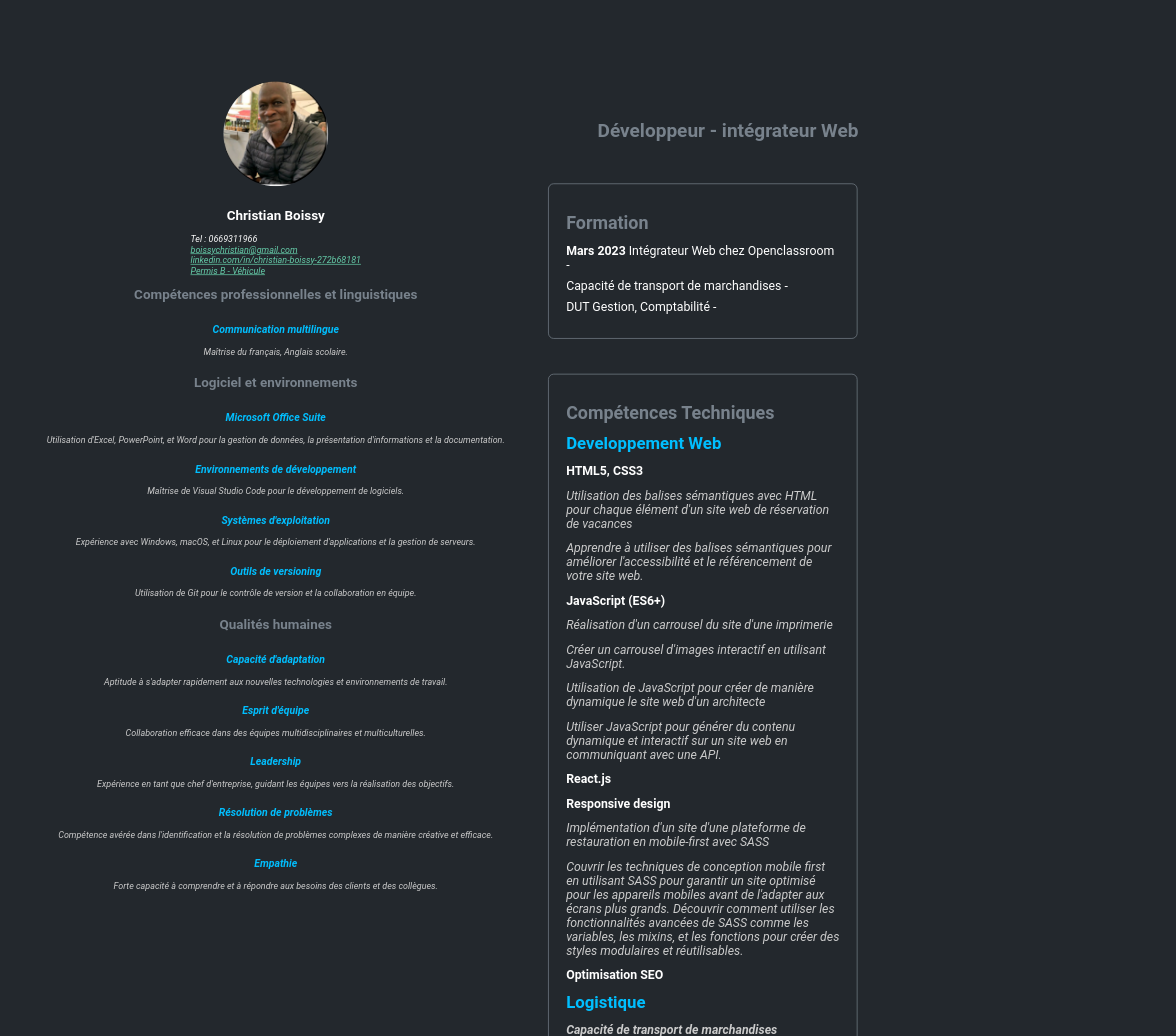
Repository: Christian121966/cv-logistique
Page: /
The author's editor kept a copy of each file at every save. The page is drawn from the files as they stood at one save, then again after a run of saves.
The browser window is 1280 px wide. The page is 1680 px wide, so the pictures cover 1680 px, including what lies to the right of the window. The pictures show the part of the page from y = 0 to 1480 px (the page is 2682 px tall before and 2704 px after), at 70% of full size.
The project was rebuilt for these pictures with package versions that can differ from the ones it lists, and the page was loaded fresh each time.

Above is the page before, as saved 2024-07-29 00:25:12.

### public/index.html
<!DOCTYPE html>
<html lang="en">
  <head>
    <meta charset="utf-8" />
    <link rel="icon" href="%PUBLIC_URL%/favicon.ico" />
    <meta name="viewport" content="width=device-width, initial-scale=1" />
    <meta name="theme-color" content="#000000" />
    <meta name="description" content="Curriculum Vitae de Christian Boissy, développeur web front-end" />
    <meta name="keywords" content="Christian Boissy, CV, développeur front-end, React, Node.js, JavaScript" />
    <meta name="author" content="Christian Boissy" />

    <!-- Open Graph Meta Tags -->
    <meta property="og:title" content="CV de Christian Boissy" />
    <meta property="og:description" content="Curriculum Vitae de Christian Boissy, développeur web front-end" />
    <meta property="og:image" content="%PUBLIC_URL%/logo192.png" />
    <meta property="og:url" content="https://christian121966.github.io/cv-christian-boissy/" />
    <meta property="og:type" content="website" />

    <!-- Twitter Card Meta Tags -->
    <meta name="twitter:card" content="summary_large_image" />
    <meta name="twitter:title" content="CV de Christian Boissy" />
    <meta name="twitter:description" content="Curriculum Vitae de Christian Boissy, développeur web front-end" />
    <meta name="twitter:image" content="%PUBLIC_URL%/logo192.png" />

    <link rel="apple-touch-icon" href="%PUBLIC_URL%/logo192.png" />
    <link rel="manifest" href="%PUBLIC_URL%/manifest.json" />
    <title>CV-CHRISTIAN-BOISSY</title>

    <!-- Google Analytics -->
    <script async src="https://www.googletagmanager.com/gtag/js?id=G-K4EJ3NRTQS"></script>
    <script>
      window.dataLayer = window.dataLayer || [];
      function gtag(){dataLayer.push(arguments);}
      gtag('js', new Date());
      gtag('config', 'G-K4EJ3NRTQS');
    </script>
  </head>
  <body>
    <noscript>You need to enable JavaScript to run this app.</noscript>
    <div id="root"></div>
    <!--
      This HTML file is a template.
      If you open it directly in the browser, you will see an empty page.

      You can add webfonts, meta tags, or analytics to this file.
      The build step will place the bundled scripts into the <body> tag.

      To begin the development, run `npm start` or `yarn start`.
      To create a production bundle, use `npm run build` or `yarn build`.
    -->
  </body>
</html>

### src/index.js
import React from 'react';
import ReactDOM from 'react-dom/client';
import './index.css';
import App from './App';
import ReactGA from 'react-ga4';

ReactGA.initialize('G-K4EJ3NRTQS', {
  cookieFlags: 'SameSite=None; Secure'
});

ReactGA.send('pageview');

const root = ReactDOM.createRoot(document.getElementById('root'));
root.render(
  <React.StrictMode>
    <App />
  </React.StrictMode>
);

### src/App.js
import React from 'react';
import './App.css';
import Footer from './components/Footer';
import Section from './components/Section';
import Sidebar from './components/Sidebar';
import Formation from './components/Formation';
import CompetencesTechniques from './components/CompetencesTechniques';
import ExperiencesProfessionnelles from './components/ExperiencesProfessionnelles';

function App() {
  return (
    <div className="App">
      <header className="cv-title">
        <h1>Développeur - intégrateur Web</h1>
      </header>
      <div className="container">
        <Sidebar />
        <main>
          <div className="card">
            <Section title="Formation">
              <Formation />
            </Section>
          </div>
          <div className="card">
            <Section title="Compétences Techniques">
              <CompetencesTechniques />
            </Section>
          </div>
          <div className="card">
            <Section title="Expériences Professionnelles">
              <ExperiencesProfessionnelles />
            </Section>
          </div>
        </main>
      </div>
      <Footer />
    </div>
  );
}

export default App;

### src/App.css
@charset "UTF-8";
/* Variables de couleurs */
/* Mixins */
*,
*::before,
*::after {
  box-sizing: border-box;
  margin: 0;
  padding: 0;
}

body {
  background-color: rgb(35, 40, 45);
  color: rgb(255, 255, 255);
  font-family: "Roboto", sans-serif;
  padding: 0;
  margin: 0;
  overflow-x: hidden;
  overflow-y: auto;
}
body header.cv-title {
  display: flex;
  justify-content: center;
  position: relative;
  top: 185px;
  left: 0;
  margin-bottom: 2px;
}
body header.cv-title h1 {
  color: rgb(120, 130, 140);
  font-size: 1em;
}
body .container {
  display: flex;
  flex-direction: column;
  padding: 10px;
}
body .container .container {
  display: flex;
  flex-direction: column;
  padding: 10px;
}
body .container .sidebar {
  width: 100%;
  font-size: 0.8em;
  display: flex;
  flex-direction: column;
  justify-content: center;
  align-items: center;
  padding: 2px;
}
body .container .sidebar h2 {
  font-size: 1.5em;
  text-align: center;
  margin: 15px 0 15px 0;
  color: rgb(120, 130, 140);
}
body .container .sidebar .profile-photo {
  width: 150px;
  height: 150px;
  border-radius: 50%;
  margin-bottom: 30px;
  cursor: pointer;
  transition: width 0.3s ease, height 0.3s ease;
}
body .container .sidebar .profile-photo:hover {
  width: 360px;
  height: 360px;
  border-radius: 50%;
  margin-bottom: 30px;
}
body .container .sidebar address {
  margin-top: 15px;
}
body .container .sidebar address a {
  color: mediumaquamarine;
}
body .container .sidebar ul {
  list-style-type: none;
  text-align: center;
}
body .container .sidebar ul h3 {
  margin: 15px 0 15px 0;
  color: deepskyblue;
}
body .container .sidebar ul li {
  display: flex;
  flex-direction: column;
  margin-bottom: 10px;
  overflow-y: auto;
}
body .container .sidebar ul li li > span {
  display: block; /* Assurez-vous que span est affiché comme bloc */
  text-align: center; /* Exemple de centrage de span */
  color: #777; /* Exemple de couleur de texte */
}
body main {
  margin: 0;
}
body section h2 {
  font-size: 1.2em;
  margin: 15px 0 15px 0;
}
body .card {
  margin: 5px;
  padding: 10px;
  background: rgb(35, 40, 45);
  border: 1px solid rgb(120, 130, 140);
  border-radius: 8px;
}
body .card div, body .card ul {
  font-size: 0.9em;
  list-style-type: none;
  margin-bottom: 10px;
}
body .card h2 {
  color: rgb(120, 130, 140);
}
body .card h3 {
  font-size: 1.1em;
  margin: 15px 0 15px 0;
  color: deepskyblue;
}
body li {
  margin-bottom: 15px;
  font-style: italic;
  color: #ccc;
}
body .li_title {
  font-weight: bold;
  font-style: normal;
  color: #fff;
}
body p {
  font-size: 1em;
}
body footer p {
  font-size: 0.6em;
  display: flex;
  justify-content: center;
  text-align: center;
}

/* Pour les écrans de 320px à 425px */
@media screen and (max-width: 425px) {
  body header.cv-title {
    position: relative;
    top: 190px;
    left: 0;
    margin-bottom: 2px;
    text-align: center;
  }
  body header.cv-title h1 {
    color: rgb(120, 130, 140);
    font-size: 1.2em;
  }
  body .container {
    display: flex;
    flex-direction: column;
    padding: 10px;
  }
  body .sidebar {
    width: 100%;
    font-size: 0.8em;
    display: flex;
    flex-direction: column;
    justify-content: center;
    align-items: center;
    padding: 2px;
  }
  body .sidebar h2 {
    font-size: 1.1em;
    text-align: center;
    margin: 15px 0;
    color: rgb(120, 130, 140);
  }
  body .sidebar .profile-photo {
    width: 150px;
    height: 150px;
    border-radius: 50%;
    margin-bottom: 30px;
  }
  body .sidebar address {
    margin-top: 0;
  }
  body .sidebar address a {
    color: mediumaquamarine;
  }
  body .sidebar ul {
    list-style-type: none;
  }
  body .sidebar ul h3 {
    margin: 15px 0;
    color: deepskyblue;
    text-align: center;
  }
  body .sidebar ul li {
    margin-bottom: 10px;
    text-align: center;
  }
  body .sidebar ul li span {
    display: block;
    color: #ccc;
  }
  body main {
    margin: 0;
    padding: 15px;
  }
  body section h2 {
    font-size: 1.3em;
    margin: 15px 0;
  }
  body .card {
    margin: 10px;
    padding: 12px;
    background: rgb(35, 40, 45);
    border: 1px solid rgb(120, 130, 140);
    border-radius: 8px;
  }
  body .card div, body .card ul {
    font-size: 0.9em;
    list-style-type: none;
  }
  body .card h3 {
    font-size: 1.2em;
    margin: 15px 0;
    color: deepskyblue;
  }
  body p {
    font-size: 1em;
  }
  body footer p {
    font-size: 0.8em;
    display: flex;
    justify-content: center;
    text-align: center;
    margin: 10px;
  }
}
/* Pour les écrans de 768px et plus */
@media screen and (min-width: 768px) {
  body header.cv-title {
    top: 140px;
    left: 260px;
    margin-bottom: 20px;
  }
  body header.cv-title h1 {
    font-size: 1.5em;
  }
  body .container {
    display: flex;
    flex-direction: row;
    padding: 25px;
  }
  body .sidebar {
    width: 35%;
    font-size: 1.1em;
    padding: 15px;
    display: flex;
    flex-direction: column;
    justify-content: flex-start;
    align-items: center;
    height: 170vh;
  }
  body .sidebar .profile-photo {
    width: 180px;
    height: 180px;
  }
  body .sidebar h2 {
    font-size: 1.3em;
  }
  body main {
    width: 65%;
    padding: 0 25px;
    display: flex;
    flex-direction: column;
    margin-top: 150px;
  }
  body section h2 {
    font-size: 1.5em;
  }
  body .card {
    margin: 20px 0;
    padding: 20px;
    background: rgb(35, 40, 45);
    border: 1px solid rgb(120, 130, 140);
    border-radius: 8px;
  }
  body .card div, body .card ul {
    font-size: 0.9em;
  }
  body .card h3 {
    font-size: 1.4em;
  }
  body p {
    font-size: 0.9em;
  }
  footer {
    display: flex;
    justify-content: center;
    align-items: center;
    margin-top: 20px;
  }
  footer p {
    font-size: 0.8em;
  }
}
/* Pour les écrans de 1024px et plus */
@media screen and (min-width: 1024px) {
  body header.cv-title {
    top: 170px;
    left: 400px;
    margin-bottom: 25px;
    overflow-y: hidden;
    overflow-x: hidden;
  }
  body header.cv-title h1 {
    font-size: 1.7em;
  }
  body .container {
    padding: 30px;
  }
  body .sidebar {
    width: 35%;
    font-size: 1.2em;
    padding: 20px;
  }
  body .sidebar .profile-photo {
    width: 190px;
    height: 190px;
  }
  body .sidebar h2 {
    font-size: 1.4em;
  }
  body section h2 {
    font-size: 1.6em;
  }
  body .card {
    margin: 25px 0;
    padding: 25px;
  }
  body .card div, body .card ul {
    font-size: 1.1em;
  }
  body .card h3 {
    font-size: 1.5em;
  }
  body p {
    font-size: 1em;
  }
}/*# sourceMappingURL=App_20240729002132.css.map */

### src/components/Footer.js
import React from 'react';

const Footer = () => {
  return (
    <footer>
      <p>© 2024 Christian Boissy. Tous droits réservés.</p>
    </footer>
  );
};

export default Footer;

### src/components/Section.js
import React from 'react';

const Section = ({ title, children }) => {
  return (
    <section>
      <h2>{title}</h2>
      {children}
    </section>
  );
};

export default Section;

### src/components/Sidebar.js
import React from 'react';
import ReactGA from 'react-ga4';

function handleEmailClick() {
  ReactGA.event({
    category: 'User',
    action: 'Clicked on Email Link',
    label: 'Email'
  });
}

function handleLinkedInClick() {
  ReactGA.event({
    category: 'User',
    action: 'Clicked on LinkedIn Link',
    label: 'LinkedIn'
  });
}

const Sidebar = () => {
  return (
    <aside className="sidebar">
      <img src={`${process.env.PUBLIC_URL}/images/Chris.png`} alt="Chris" className="profile-photo" />
      <h1>Christian Boissy</h1>
      <address>
        Tel : 0669311966<br />
        <a href="mailto:boissychristian@gmail.com" onClick={handleEmailClick}>boissychristian@gmail.com</a><br />
        <a href="https://linkedin.com/in/christian-boissy-272b68181" target="_blank" rel="noopener noreferrer" onClick={handleLinkedInClick}>
          linkedin.com/in/christian-boissy-272b68181
          <p>Permis B - Véhicule</p>
        </a>
      </address>
      <h2>Compétences professionnelles et linguistiques</h2>
      <ul>
        <li>
          <h3>Communication multilingue</h3>
          <span>Maîtrise du français, Anglais scolaire.</span>
        </li>
      </ul>
      <h2>Logiciel et environnements</h2>
      <ul>
        <li>
          <h3>Microsoft Office Suite</h3>
          <span>Utilisation d'Excel, PowerPoint, et Word pour la gestion de données, la présentation d'informations et la documentation.</span>
        </li>
        <li>
          <h3>Environnements de développement</h3>
          <span>Maîtrise de Visual Studio Code pour le développement de logiciels.</span>
        </li>
        <li>
          <h3>Systèmes d'exploitation</h3>
          <span>Expérience avec Windows, macOS, et Linux pour le déploiement d'applications et la gestion de serveurs.</span>
        </li>
        <li>
          <h3>Outils de versioning</h3>
          <span>Utilisation de Git pour le contrôle de version et la collaboration en équipe.</span>
        </li>
      </ul>
      <h2>Qualités humaines</h2>
      <ul>
        <li>
          <h3>Capacité d'adaptation</h3>
          <span>Aptitude à s'adapter rapidement aux nouvelles technologies et environnements de travail.</span>
        </li>
        <li>
          <h3>Esprit d'équipe</h3>
          <span>Collaboration efficace dans des équipes multidisciplinaires et multiculturelles.</span>
        </li>
        <li>
          <h3>Leadership</h3>
          <span>Expérience en tant que chef d'entreprise, guidant les équipes vers la réalisation des objectifs.</span>
        </li>
        <li>
          <h3>Résolution de problèmes</h3>
          <span>Compétence avérée dans l'identification et la résolution de problèmes complexes de manière créative et efficace.</span>
        </li>
        <li>
          <h3>Empathie</h3>
          <span>Forte capacité à comprendre et à répondre aux besoins des clients et des collègues.</span>
        </li>
      </ul>
    </aside>
  );
};

export default Sidebar;

### src/components/Formation.js
import React from 'react';
import cvData from '../data/cvData';

function Formation() {
  return (
    <>
      {cvData.formation.map((item, index) => (
        <div key={index}>
          <strong>{item.date}</strong> {item.title} - {item.details}
        </div>
      ))}
    </>
  );
}

export default Formation;

### src/components/CompetencesTechniques.js
import React from 'react';
import cvData from '../data/cvData';

function CompetencesTechniques() {
  // Liste des éléments à mettre en gras
  const boldItems = [
    "Developpement Web",
    "Logistique",
    "Capacité de transport de marchandises",
    "CACES 1, 2, 3 & 5",
    "Communication"
  ];

  // Fonction pour vérifier si l'élément doit être en gras
  const isBold = (item) => {
    return boldItems.some(boldItem => item.includes(boldItem));
  };

  return (
    <>
      <h3>Developpement Web</h3>
      <ul>
        {cvData.competences.developpementWeb.map((item, index) => (
          <li key={index} className={item.title ? 'li_title' : ''}>
            {item.text}
          </li>
        ))}
      </ul>
      <h3>Logistique</h3>
      <ul>
        {cvData.competences.logistique.map((item, index) => (
          <li key={index}>
            {isBold(item) ? <strong>{item}</strong> : item}
          </li>
        ))}
      </ul>
      {/* <h3>Communication</h3>
      <ul>
        {cvData.competences.communication.map((item, index) => (
          <li key={index}>
            {isBold(item) ? <strong>{item}</strong> : item}
          </li>
        ))}
      </ul> */}
    </>
  );
}

export default CompetencesTechniques;

### src/components/ExperiencesProfessionnelles.js
import React from 'react';
import cvData from '../data/cvData';

function ExperiencesProfessionnelles() {
  // Vérifiez que cvData.experiences est défini et qu'il s'agit d'un tableau
  if (!cvData.experiences || !Array.isArray(cvData.experiences)) {
    return <div>Aucune expérience professionnelle disponible.</div>;
  }

  return (
    <div>
      {cvData.experiences.map((exp, index) => (
        <div key={index}>
          <h3>{exp.title}</h3>
          <p>{exp.date}</p>
          {exp.details && exp.details.map((detail, idx) => (
            typeof detail === 'string' ?
              <p key={idx}>{detail}</p> :
              <div key={idx}>
                <strong>{detail.highlight}</strong>
                {detail.list ? <ul>{detail.list.map((item, itemIdx) => <li key={itemIdx}>{item}</li>)}</ul> : <p>{detail.description}</p>}
              </div>
          ))}
          {/* Si exp.details n'est pas défini, affichez un message ou laissez vide */}
          {!exp.details && <p></p>}
        </div>
      ))}
    </div>
  );
}

export default ExperiencesProfessionnelles;

### src/data/cvData.js
const cvData = {
  formation: [
    {
      date: "Mars 2023",
      title: "Intégrateur Web chez Openclassroom",
    },
    {
      title: "Capacité de transport de marchandises",
    },
    {
      title: "DUT Gestion, Comptabilité"
    }
  ],
  competences: {
    developpementWeb: [
      { title: true, text: "HTML5, CSS3" },
      { title: false, text: "Utilisation des balises sémantiques avec HTML pour chaque élément d'un site web de réservation de vacances" },
      { title: false, text: "Apprendre à utiliser des balises sémantiques pour améliorer l'accessibilité et le référencement de votre site web." },
      { title: true, text: "JavaScript (ES6+)" },
      { title: false, text: "Réalisation d'un carrousel du site d'une imprimerie" },
      { title: false, text: "Créer un carrousel d'images interactif en utilisant JavaScript." },
      { title: false, text: "Utilisation de JavaScript pour créer de manière dynamique le site web d'un architecte" },
      { title: false, text: "Utiliser JavaScript pour générer du contenu dynamique et interactif sur un site web en communiquant avec une API." },
      { title: true, text: "React.js" },
      { title: true, text: "Responsive design" },
      { title: false, text: "Implémentation d'un site d'une plateforme de restauration en mobile-first avec SASS" },
      { title: false, text: "Couvrir les techniques de conception mobile first en utilisant SASS pour garantir un site optimisé pour les appareils mobiles avant de l'adapter aux écrans plus grands. Découvrir comment utiliser les fonctionnalités avancées de SASS comme les variables, les mixins, et les fonctions pour créer des styles modulaires et réutilisables." },
      { title: true, text: "Optimisation SEO" }
    ],
    logistique: [
      "Capacité de transport de marchandises",
      "Gestion d'une société de transport de marchandises",
      "Gestion de personnel",
      "Gestion des stocks",
      "Communication",
      "Gestion des contacts",
      "Gestion du personnel"
    ]
  },
  experiences: [
    {
      date: "Déc. 2021 - Juin 2022",
      title: "First Stop Sartrouville - Herblay",
      details: [
        { highlight: "Livraison de pneus en Ile de France, gestion des commandes et des stocks" },
      ]
    },
    {
      date: "2007 - 2021",
      title: "Gérant de société de transport - Paris",
      details: [
        { highlight: "Livraison de colis en partenariat avec Colisweb"},
        { highlight: "Livraison avec SVP"},
        { highlight: "Livraison avec CG Courses"}
      ]
    },
    {
      date: "1999 - 2007",
      title: "Cariste gestionnaire de stocks - Rougier Panneaux - Gennevilliers",
      details: [
        { highlight: "Chargement et déchargemement de colis de panneaux de bois"},
        { highlight: "Gestion du stock"},
        { highlight: "Préparation des commandes"}
      ]
    }
  ]
};

export default cvData;

Loaded but not shown: src/index.css (common file)

After the next 3 saves:
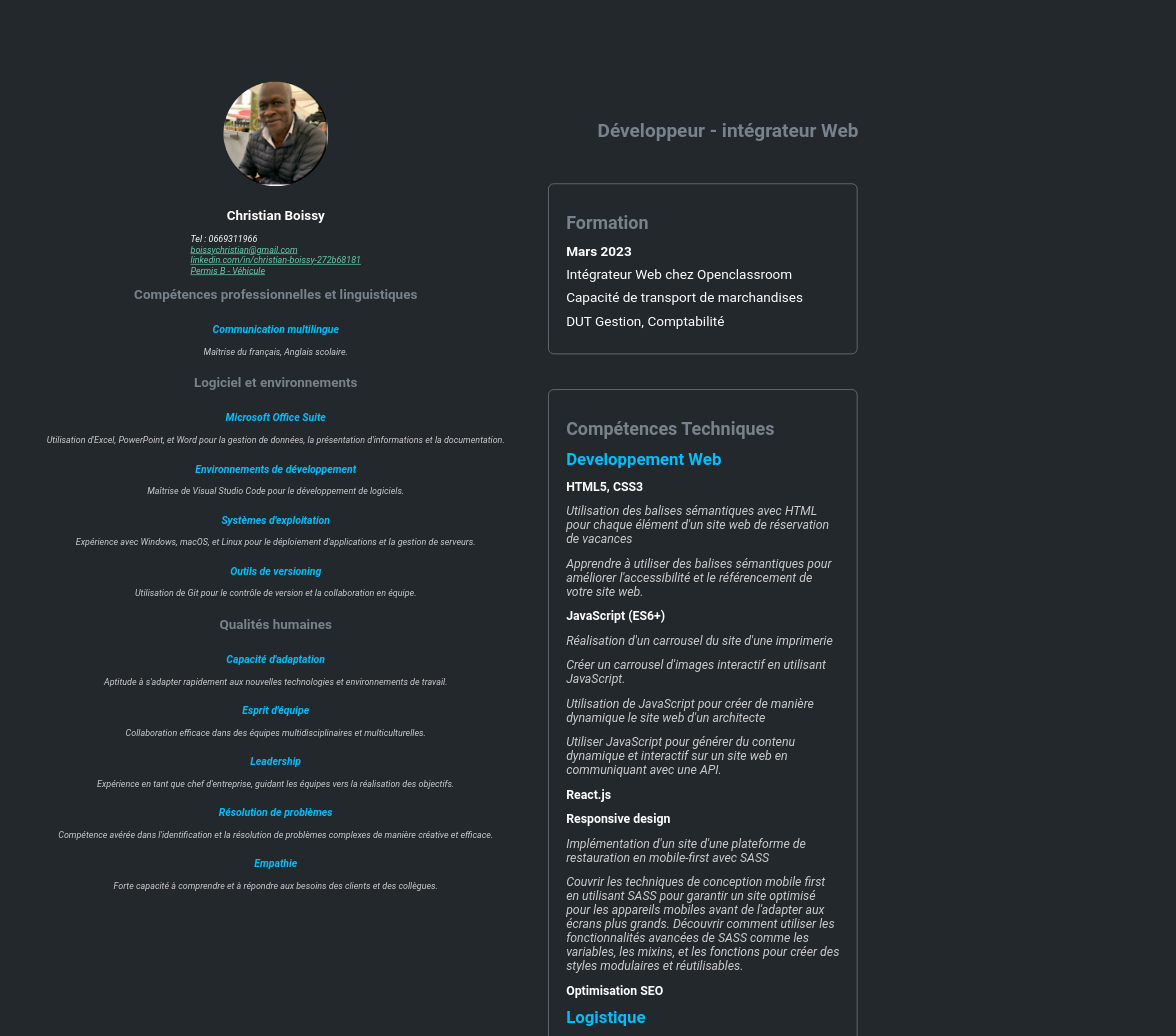
The 3 saves are shown as one change because 1 did not build or start and some came seconds apart.
The last was saved 5 min 54 s later.
--- a/src/components/Formation.js
+++ b/src/components/Formation.js
@@ -1,12 +1,15 @@
 import React from 'react';
 import cvData from '../data/cvData';
+
 
 function Formation() {
   return (
     <>
       {cvData.formation.map((item, index) => (
-        <div key={index}>
-          <strong>{item.date}</strong> {item.title} - {item.details}
+        <div key={index} className="formation-item">
+          <div className="formation-date"><strong>{item.date}</strong></div>
+          <div className="formation-title">{item.title}</div>
+          {item.details && <div className="formation-details">{item.details}</div>}
         </div>
       ))}
     </>
